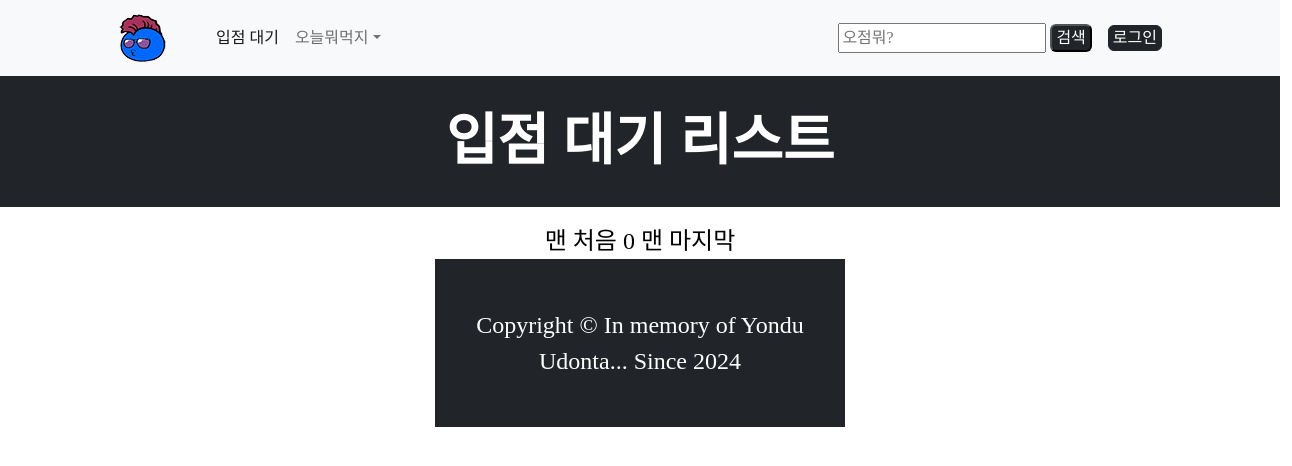
Repository: ashwan94/ydzone
Page: http://localhost/YonduZone/restaurant/vote
An editor plug-in stored every save of this project. The page is shown before and after the next save, followed by the edit.
The browser window is 1280 px wide. The page is 1292 px wide, then 1280 px, so the pictures cover 1292 px, including what lies to the right of the window. The pictures show the whole page.
Some web fonts or font styles are not loaded; a fallback is used. The page is served by Tomcat 9. Other server files are loaded and not shown.

Above is the page before, as saved 2024-05-02 07:01:09.

### YonduZone/src/main/webapp/WEB-INF/views/restaurant/stanby.jsp
<%@ page language="java" contentType="text/html; charset=UTF-8"
    pageEncoding="UTF-8"%>
<%@ taglib prefix="c" uri="http://java.sun.com/jsp/jstl/core"%>

<jsp:include page="/WEB-INF/views/common/header.jsp">
	<jsp:param value="당신의 선택!" name="title"/>
	<jsp:param value="입점 대기 리스트" name="center"/>
</jsp:include>
<style>
	.voteCheck:hover{
		transform:rotate(45deg);
	}
</style>

<c:forEach var="list" items="${stanbyList}">
</div>
<div class="mt-3"></div>
	<div class="row mt-3">
		<div class="col-3"></div>
			<c:if test="${sessionScope.user.no == list.userNo }">
				<c:choose>
					<c:when test="${list.boom == 1}">
						<div class="col-6 row border rounded bg-primary">
					<div class="col-4 text-center" style="height:10vh;">
						<img class="rounded mt-2" src="${pageContext.request.contextPath }/Source/Restaurant_images/${list.fileName}" style="width:200px; height:150px; margin:2.5%;" alt="${list.fileName }"/>
						<h4 class="mt-1 btn btn-warning fs-5">${list.restaurantName }</h4>
					</div>

					<div class="col-7 m-3">
						<table class="text-center">
							<tr>
								<th>한 줄 소개</th>
								<td>${list.intro }</td>
							</tr>
							<tr>
								<th>대표 메뉴</th>
								<td>${list.menuName }</td>
							</tr>
							<tr>
								<th>가격</th>
								<td class="price">${list.price }</td>
							</tr>
							<tr>
								<th>영업 시간</th>
								<td>${list.open }</td>
							</tr>
							<tr>
								<th>연락처</th>
								<td>${list.tel }</td>
							</tr>
							<tr>
								<th>편의</th>
								<td>${list.details }</td>
							</tr>
						</table>
					</div>
					<div class="row"></div>
						<div class="col-5"></div>
							<div class="col-7 mb-3">
								<a href="/restaurant/vote?rstNo=${list.no }&userNo=${sessionScope.user.no}&boom=1&type=dislike" class="align-self-center py-2 voteCheck"><img src="${pageContext.request.contextPath }/Source/icons/dislike.png">${list.vote }</a>
					</c:when>
					<c:otherwise>
						<div class="col-6 row border rounded bg-danger">
					<div class="col-4 text-center" style="height:10vh;">
						<img class="rounded mt-2" src="${pageContext.request.contextPath }/Source/Restaurant_images/${list.fileName}" style="width:200px; height:150px; margin:2.5%;" alt="${list.fileName }"/>
						<h4 class="mt-1 btn btn-warning fs-5">${list.restaurantName }</h4>
					</div>

					<div class="col-7 m-3">
						<table class="text-center">
							<tr>
								<th>한 줄 소개</th>
								<td>${list.intro }</td>
							</tr>
							<tr>
								<th>대표 메뉴</th>
								<td>${list.menuName }</td>
							</tr>
							<tr>
								<th>가격</th>
								<td class="price">${list.price }</td>
							</tr>
							<tr>
								<th>영업 시간</th>
								<td>${list.open }</td>
							</tr>
							<tr>
								<th>연락처</th>
								<td>${list.tel }</td>
							</tr>
							<tr>
								<th>편의</th>
								<td>${list.details }</td>
							</tr>
						</table>
					</div>
					<div class="row"></div>
						<div class="col-5"></div>
							<div class="col-7 mb-3">
								<a href="/restaurant/vote?rstNo=${list.no }&userNo=${sessionScope.user.no}&boom=1&type=like" class="align-self-center py-2 voteCheck likeBtn"><img src="${pageContext.request.contextPath }/Source/icons/like.png">${list.vote }</a>
					</c:otherwise>
				</c:choose>
			</c:if>

			<c:if test="${sessionScope.user.no != list.userNo }">
				<div class="col-6 row border rounded">
					<div class="col-4 text-center" style="height:10vh;">
						<img class="rounded mt-2" src="${pageContext.request.contextPath }/Source/Restaurant_images/${list.fileName}" style="width:200px; height:150px; margin:2.5%;" alt="${list.fileName }"/>
						<h4 class="mt-1 btn btn-warning fs-5">${list.restaurantName }</h4>
					</div>

					<div class="col-7 m-3">
						<table class="text-center">
							<tr>
								<th>한 줄 소개</th>
								<td>${list.intro }</td>
							</tr>
							<tr>
								<th>대표 메뉴</th>
								<td>${list.menuName }</td>
							</tr>
							<tr>
								<th>가격</th>
								<td class="price">${list.price }</td>
							</tr>
							<tr>
								<th>영업 시간</th>
								<td>${list.open }</td>
							</tr>
							<tr>
								<th>연락처</th>
								<td>${list.tel }</td>
							</tr>
							<tr>
								<th>편의</th>
								<td>${list.details }</td>
							</tr>
						</table>
					</div>
					<div class="row"></div>
						<div class="col-5"></div>
							<div class="col-7 mb-3">
								<a href="/restaurant/vote?rstNo=${list.no }&userNo=${sessionScope.user.no}&boom=1&type=like" class="align-self-center py-2 voteCheck likeBtn"><img src="${pageContext.request.contextPath }/Source/icons/like.png">${list.vote }</a>
								<a href="/restaurant/vote?rstNo=${list.no }&userNo=${sessionScope.user.no}&boom=2&type=dislike" class="align-self-center py-2 voteCheck disLikeBtn"><img src="${pageContext.request.contextPath }/Source/icons/dislike.png">${list.vote }</a>
			</c:if>
		<div class="col-2"></div>
		</div>
	</div>
</c:forEach>

<div class="row mb-3 text-center fs-4">
<div class="col-4"></div>
<div class="col-4 mt-3 mb-1">

<!-- 페이지 링크 -->
<a href="/restaurant/stanby?currentPageNo=1&userNo=${sessionScope.user.no}">맨 처음</a>
<c:if test="${pagination.currentPageNo > 1 }">
	<a href="/restaurant/stanby?currentPageNo=${pagination.currentPageNo - 1 }&userNo=${sessionScope.user.no}">이전</a>
</c:if>
<!-- 디자이너가 작업할 수 있도록 조치함 -->
<!-- 표시할 게시물이 없으면 '이전' button 을 표시는 하지만, 작동하지 않도록 조치 -->
<c:if test="${pagination.currentPageNo <= 1 }">
	<a href="#">이전</a>
</c:if>

<c:forEach begin="${pagination.firstPageNoOnPageList }" end="${pagination.lastPageNoOnPageList }" var="pageNo">
	<a href="/restaurant/stanby?currentPageNo=${pageNo }&userNo=${sessionScope.user.no}">${pageNo }</a>
</c:forEach>

<c:if test="${pagination.currentPageNo < pagination.totalPageCount}">
	<a href="/restaurant/stanby?currentPageNo=${pagination.currentPageNo + 1 }&userNo=${sessionScope.user.no}">다음</a>
</c:if>

<!-- 디자이너가 작업할 수 있도록 조치함 -->
<!-- 표시할 게시물이 없으면 '다음' button 을 표시는 하지만, 작동하지 않도록 조치 -->
<c:if test="${pagination.currentPageNo >= pagination.totalPageCount }&userNo=${sessionScope.user.no}">
	<a href="#">다음</a>
</c:if>

<a href="/restaurant/stanby?currentPageNo=${pagination.totalPageCount }&userNo=${sessionScope.user.no}">맨 마지막</a>
<jsp:include page="/WEB-INF/views/common/footer.jsp"/>

### YonduZone/src/main/webapp/WEB-INF/views/common/header.jsp
<%@ page language="java" contentType="text/html; charset=UTF-8"
	pageEncoding="UTF-8"%>
<%@ taglib prefix="c" uri="http://java.sun.com/jsp/jstl/core"%>
<!DOCTYPE html>
<html lang="en">
<head>
<meta charset="UTF-8">
<meta name="viewport"
	content="width=device-width, initial-scale=1, shrink-to-fit=no" />
<meta name="description" content="" />
<meta name="author" content="" />
<!-- Favicon-->
<link rel="icon" type="image/x-icon" href="assets/favicon.ico" />
<!-- Bootstrap icons-->
<link
	href="https://cdn.jsdelivr.net/npm/bootstrap-icons@1.5.0/font/bootstrap-icons.css"
	rel="stylesheet" />
<!-- Core theme CSS (includes Bootstrap)-->
<link href="/Bootstrap/css/styles.css" rel="stylesheet" />
<title>${param.title }</title>
<style>
	a{
		text-decoration:none;
		color:black;
	}
	a:hover{
		color:rgb(57, 151, 255);
	}

	@font-face {
    font-family: 'SUIT-Regular';
    src: url('https://cdn.jsdelivr.net/gh/projectnoonnu/noonfonts_suit@1.0/SUIT-Regular.woff2') format('woff2');
    font-weight: normal;
    font-style: normal;
	}

	* {
		font-family: 'SUIT-Regular';
	}
</style>

</head>
<body>
	<header>
		<nav class="navbar navbar-expand-lg navbar-light bg-light">
			<div class="container px-4 px-lg-5">
				<a class="navbar-brand" href="/main"><img src="${pageContext.request.contextPath }/Source/header/logo/main_logo.png" alt="Welcome to YouduZone!"></a>
				<button class="navbar-toggler" type="button" data-bs-toggle="collapse" data-bs-target="#navbarSupportedContent" aria-controls="navbarSupportedContent" aria-expanded="false" aria-label="Toggle navigation">
					<span class="navbar-toggler-icon"></span>
				</button>
				<div class="collapse navbar-collapse" id="navbarSupportedContent">
					<ul class="navbar-nav me-auto mb-2 mb-lg-0 ms-lg-4">
						<li class="nav-item">
							<a class="nav-link active" aria-current="page" href="/restaurant/stanby?userNo=${sessionScope.user.no }" data-value="${sessionScope.user.no }" id="stanbyRestaurant">입점 대기</a>
						</li>
						<li class="nav-item dropdown">
                            <a class="nav-link dropdown-toggle" id="navbarDropdown" href="#" role="button" data-bs-toggle="dropdown" aria-expanded="false">오늘뭐먹지</a>
                            <ul class="dropdown-menu text-center" aria-labelledby="navbarDropdown">
                                <li><a class="dropdown-item" href="/restaurant/category?category=밥">밥</a></li>
                                <li><a class="dropdown-item" href="/restaurant/category?category=국/찌개">국/찌개</a></li>
                                <li><a class="dropdown-item" href="/restaurant/category?category=면/분식">면/분식</a></li>
                                <li><a class="dropdown-item" href="/restaurant/category?category=야식">야식</a></li>
                            </ul>
                        </li>
					</ul>

					<form action="/restaurant/search" method="get" class="d-flex">
						<label>
							<input type="text" name="searchWord" placeholder="오점뭐?" id="searchBar">
							<button type="submit" class="badge bg-dark text-white fs-6 rounded-25 p-1 fw-normal me-3">검색</button>
						</label>
					</form>
					<c:choose>
						<c:when test="${not empty sessionScope.user }">
							<a href="/restaurant/add" class="badge d-flex bg-dark text-white mx-2 p-1 rounded-25 fs-6 fw-normal">밥집 추가</a>
							<a href="/user/view"><span class="badge bg-dark text-white p-1 rounded-25 fs-6 fw-normal me-2">${sessionScope.user.nickName } 님</span></a>
							<form action="/logout" method="get">
								<button type="submit" class="d-flex badge bg-dark text-white p-1 rounded-25 fs-6 fw-normal">로그아웃</button>
							</form>
						</c:when>
						<c:otherwise>
							<form action="/login" method="get" class="d-flex">
								<button type="submit" class="badge btn btn-outline-dark bg-dark text-white p-1 rounded-25 fs-6 fw-normal">로그인</button>
							</form>
							<input type="hidden" id="loginCheck" value="${empty sessionScope.user }">
						</c:otherwise>
					</c:choose>
				</div>
			</div>
		</nav>
		<div class="container-fluid bg-dark p-3">
			<div class="text-center text-white my-3">
				<h1 class="display-4 fw-bolder">${param.center }</h1>
				<p class="lead fw-normal text-white-50 mb-0">${param.content }</p>
			</div>
		</div>
	</header>

### YonduZone/src/main/webapp/WEB-INF/views/common/footer.jsp
<%@ page language="java" contentType="text/html; charset=UTF-8"
	pageEncoding="UTF-8"%>
<footer class="py-5 bg-dark">
<div class="container">
	<p class="m-0 text-center text-white">Copyright &copy; In memory of Yondu Udonta... Since 2024</p>
</div>
</footer>
<!-- Bootstrap core JS-->
<script src="https://cdn.jsdelivr.net/npm/bootstrap@5.3.3/dist/js/bootstrap.bundle.min.js"></script>
<!-- Core theme JS-->
<script src="/Bootstrap/js/scripts.js"></script>
<script>
	const priceEl = document.querySelectorAll(".price");

	priceEl.forEach(el => {
		if(el == null) {
			console.log("There are no any price elements");
		} else{
			el.innerText = parseInt(el.innerText).toLocaleString() + "원";
		}
	})

	/* const searchBar = document.querySelector("#searchBar");
	searchBar.select(); */

	const loginCheck = document.querySelector("#loginCheck");
	const stanbyRestaurant = document.querySelector("#stanbyRestaurant");

	stanbyRestaurant.addEventListener("click", function(e) {
		e.preventDefault();

		if(loginCheck) {
			alert("로그인 이후 이용 가능합니다.");
			location.href = "/login";
		}else{
			location.href = "/restaurant/stanby?userNo=" + stanbyRestaurant.getAttribute("data-value");
		}
	})
</script>
</body>
</html>

### YonduZone/src/main/java/restaurant/RestaurantVote.java
package restaurant;

import java.io.IOException;
import java.io.PrintWriter;
import java.net.URLEncoder;

import javax.servlet.ServletContext;
import javax.servlet.ServletException;
import javax.servlet.annotation.WebServlet;
import javax.servlet.http.HttpServlet;
import javax.servlet.http.HttpServletRequest;
import javax.servlet.http.HttpServletResponse;

import org.apache.ibatis.session.SqlSession;
import org.json.simple.JSONObject;

import common.SearchVO;

@WebServlet("/restaurant/vote")
public class RestaurantVote extends HttpServlet {
	private RestaurantService service;

	@Override
	public void init() throws ServletException {
		ServletContext servletContext = getServletContext();
		SqlSession session = (SqlSession) servletContext.getAttribute("sqlSession");
		this.service = new RestaurantService(session);
	}

	protected void doGet(HttpServletRequest request, HttpServletResponse response)
			throws ServletException, IOException {
		String userNoParam = request.getParameter("userNo");
		String rstNoParam = request.getParameter("rstNo");
		String boomParam = request.getParameter("boom");
		String type = request.getParameter("type");
		String msg = "";

		if (rstNoParam != null && userNoParam != null) {
			int result = 0;
			int userNo = Integer.parseInt(userNoParam);
			int rstNo = Integer.parseInt(rstNoParam);
			int boom = Integer.parseInt(boomParam);
			int voteCnt = 0;
			int voteResult = 0;

			// view 에서 전달받은 userNo, rstNo 가 DB 에 유효한 data 인지 check
			SearchVO voteCheck = service.voteCheck(new SearchVO(userNo, rstNo));
			System.out.println("stanby 에서 선택된 <a> data 가 DB 에 있는지 check");
			System.out.println(voteCheck);

			if (voteCheck == null) {
				// USERS 와 RESTAURANT 의 BRIDGE 인 STANBY 에 새로운 data 추가
				int makeBoom = service.makeBoom(new SearchVO(userNo, rstNo));
				System.out.println("STANBY table 에 User 가 선택한 data 저장 성공!");
			}

			if (type.equals("like")) {
				result = service.doLike(new SearchVO(userNo, rstNo));
				voteResult = service.voteUp(rstNo); // Restaurant 의 vote 를 UP
				voteCnt = service.countVote(rstNo); // Restaurant 의 vote 개수 check
				System.out.println("좋아요 처리 완료");

				int updateLog = 0;
				int deleteLog = 0;

				if (voteCnt >= 3) {
					// Restaurant 의 vote 개수가 3개 이상이면 STATE 가 STANBY 인 매장을 ADMIT 으로 변경
					updateLog = service.changeState(rstNo);
				}
			} else {
				result = service.doDislike(new SearchVO(userNo, rstNo));
				voteResult = service.voteDown(rstNo);
				System.out.println("싫어요 처리 완료");
			}

			if (result > 0 && voteResult > 0) {
				response.sendRedirect("/restaurant/stanby?userNo=" + userNo);
			} else {
				msg = URLEncoder.encode("이미 투표하셨습니다.", "UTF-8");
				response.sendRedirect("/restaurant/stanby?msg=" + msg);
			}

		} else {
			msg = "요청하신 정보가 없습니다.";
			request.setAttribute("msg", msg);
			request.getRequestDispatcher("/WEB-INF/views/restaurant/stanby.jsp").forward(request, response);
		}
	}
}

Loaded but not shown: YonduZone/src/main/webapp/Bootstrap/css/styles.css (library); YonduZone/src/main/webapp/Bootstrap/js/scripts.js (common file)

After the next save:
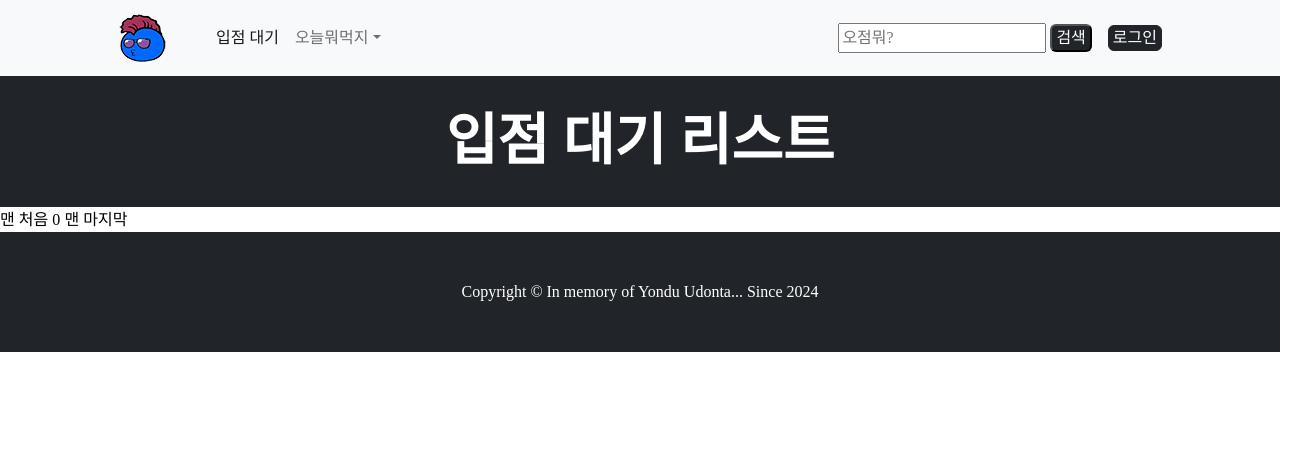
Saved 5 h 54 min later.
--- a/YonduZone/src/main/webapp/WEB-INF/views/restaurant/stanby.jsp
+++ b/YonduZone/src/main/webapp/WEB-INF/views/restaurant/stanby.jsp
@@ -148,9 +148,6 @@
 	</div>
 </c:forEach>
 
-<div class="row mb-3 text-center fs-4">
-<div class="col-4"></div>
-<div class="col-4 mt-3 mb-1">
 
 <!-- 페이지 링크 -->
 <a href="/restaurant/stanby?currentPageNo=1&userNo=${sessionScope.user.no}">맨 처음</a>
@@ -178,4 +175,5 @@
 </c:if>
 
 <a href="/restaurant/stanby?currentPageNo=${pagination.totalPageCount }&userNo=${sessionScope.user.no}">맨 마지막</a>
+
 <jsp:include page="/WEB-INF/views/common/footer.jsp"/>
